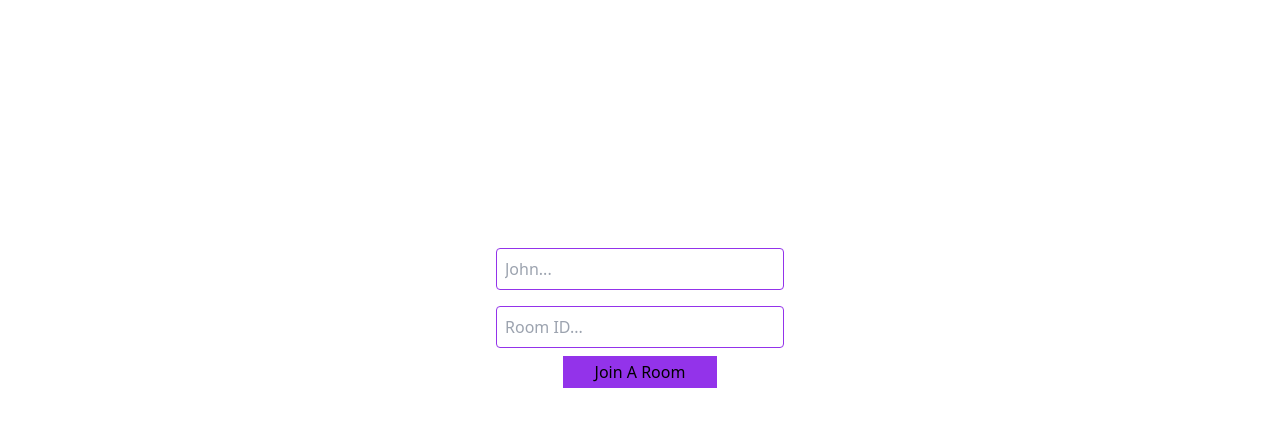
Repository: GabrielMorring/tictactoe
Page: /
An editor plug-in stored every save of this project. The page is shown before and after the next save, followed by the edit.
The browser window is 1280 px wide. The pictures show the whole page.
The page's requests for data from a server got no answer. The project was rebuilt for these pictures with package versions that can differ from the ones it lists, and the page was loaded fresh each time. No one was signed in, and anything a server would have sent is missing. Also part of the build but not shown: src/components/Square.jsx, src/components/Board.jsx.

Above is the page before, as saved 2022-06-20 10:29:05.

### src/App.js
import Board from "./components/Board";
import { useState } from "react";
import io from "socket.io-client";

const socket = io.connect("http://localhost:3001");

function App() {
  const [showBoard, setShowBoard] = useState(false);
  const [userName, setUserName] = useState("");
  const [room, setRoom] = useState("");

  const joinRoom = () => {
    if (userName !== "" && room !== "") {
      socket.emit("join_room", room);
      setShowBoard(true);
    } else {
      alert("Please enter a username and room");
    }
  };

  return (
    <div className="">
      {showBoard ? (
        <Board socket={socket} userName={userName} room={room} />
      ) : (
        <div className="flex flex-col w-72 mx-auto my-60 items-center">
          <input
            className="w-full p-2 m-2 border border-purple-600 rounded focus:outline-none"
            type="text"
            placeholder="John..."
            onChange={(e) => setUserName(e.target.value)}
          />
          <input
            className="w-full p-2 m-2 border border-purple-600 rounded focus:outline-none"
            type="text"
            placeholder="Room ID..."
            onChange={(e) => setRoom(e.target.value)}
          />
          <button className="bg-purple-600 px-8 py-1" onClick={joinRoom}>
            Join A Room
          </button>
        </div>
      )}
    </div>
  );
}

export default App;

Loaded but not shown: public/index.html (common file); src/index.js (common file); src/index.css (common file); src/reportWebVitals.js (common file); tailwind.config.js (common file)

After the next save:
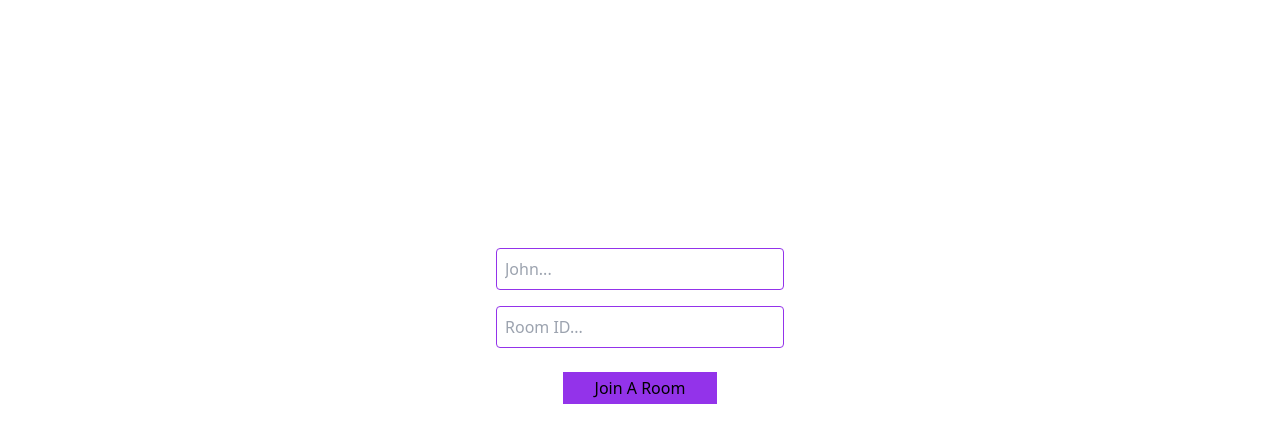
Saved 9 s later.
--- a/src/App.js
+++ b/src/App.js
@@ -36,7 +36,7 @@ function App() {
             placeholder="Room ID..."
             onChange={(e) => setRoom(e.target.value)}
           />
-          <button className="bg-purple-600 px-8 py-1" onClick={joinRoom}>
+          <button className="bg-purple-600 px-8 py-1 m-4" onClick={joinRoom}>
             Join A Room
           </button>
         </div>
